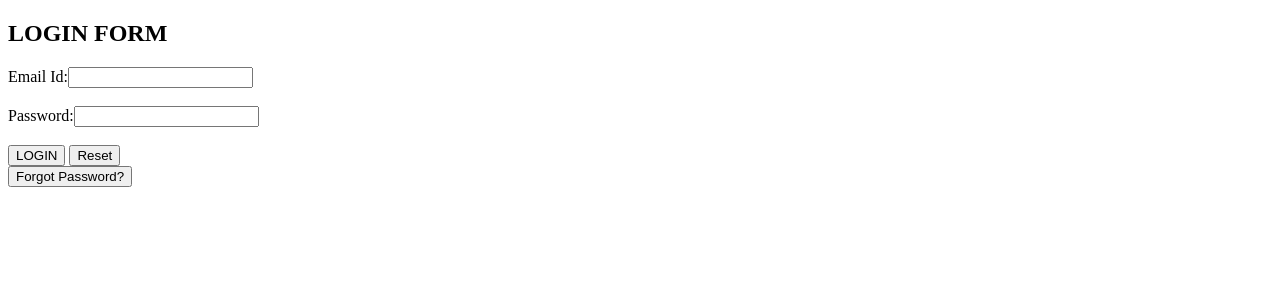
Repository: EU1182053/test
Page: http://localhost/MiniProject/login.jsp
The author's editor kept a copy of each file at every save. The page is drawn from the files as they stood at one save, then again after the next save.
The browser window is 1280 px wide. The pictures show the whole page.
The page is served by Tomcat 9. Other server files are loaded and not shown.

Above is the page before, as saved 2022-09-14 07:59:37.

### MiniProject/src/main/webapp/login.jsp
<%@ page language="java" contentType="text/html; charset=ISO-8859-1"
	pageEncoding="ISO-8859-1"%>
<!DOCTYPE html>
<html lang="en">
<head>
<meta charset="UTF-8">
<meta name="viewport" content="width=device-width, initial-scale=1.0">
<title>Login Form</title>
</head>
<body>
	<h2>LOGIN FORM</h2>
	<form action="UserServlet" method="post">
		<label>Email Id:</label><input type="email" name="email" required><br>
		<br> <label>Password:</label><input type="text" name="password"
			id="pass" required><br> <br> <input type="submit"
			value="LOGIN"> <input type="reset"> <input
			type="hidden" name="act" value="loginAction">
	</form>

	<button onclick="forgotPassword.jsp">Forgot Password?</button>

	<%
	String msg = request.getParameter("msg");
	if ("valid".equals(msg)) {
	%>
	<h1>Successfully Registered.</h1>
	<%
	}
	%>
	<%
	if ("invalid".equals(msg)) {
	%>
	<h1>Something went wrong!</h1>
	<%
	}
	%>
</body>
</html>

After the next save:
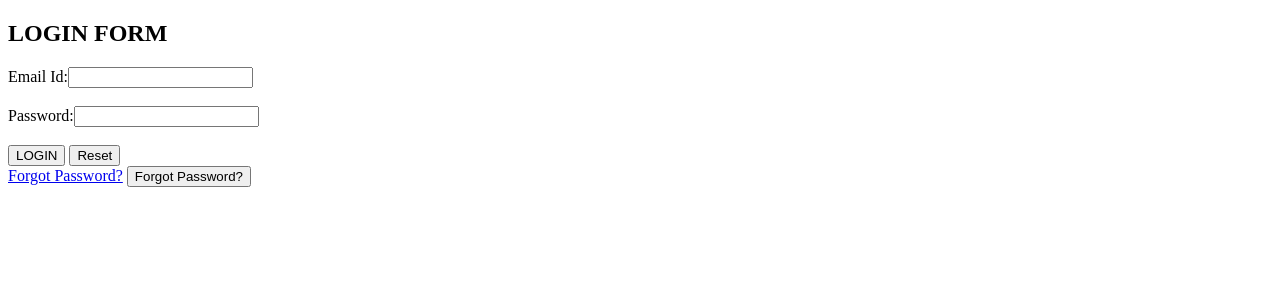
Saved 3 min 9 s later.
--- a/MiniProject/src/main/webapp/login.jsp
+++ b/MiniProject/src/main/webapp/login.jsp
@@ -17,6 +17,7 @@
 			type="hidden" name="act" value="loginAction">
 	</form>
 
+<a href="forgotPassword.jsp">Forgot Password?</a>
 	<button onclick="forgotPassword.jsp">Forgot Password?</button>
 
 	<%
